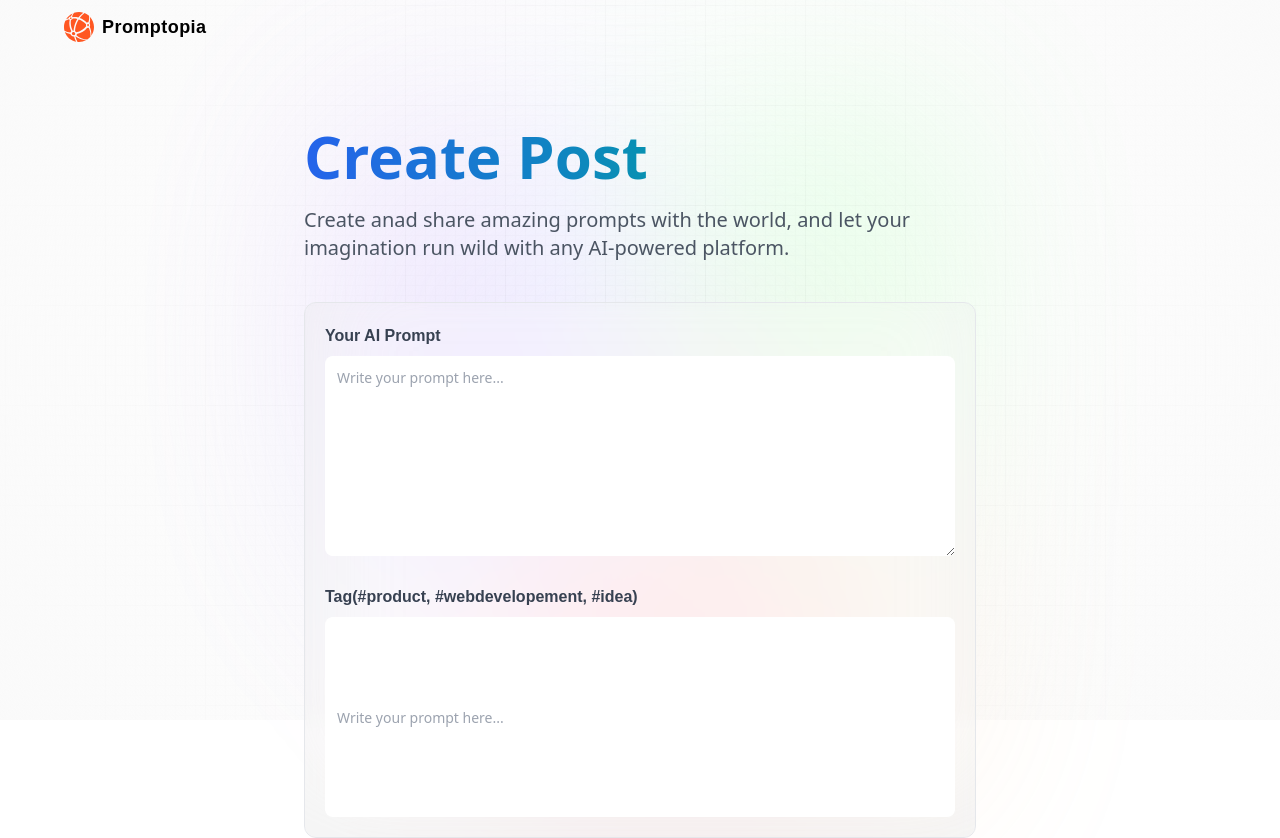
Repository: shraddesh123/promptAI
Page: /create-prompt
An editor plug-in stored every save of this project. The page is shown before and after the next save, followed by the edit.
The browser window is 1280 px wide. The pictures show the whole page.
The page's requests for data from a server got no answer. The project was rebuilt for these pictures with package versions that can differ from the ones it lists, and the page was loaded fresh each time. The framework's server and built-in components were replaced by stand-ins that run in the browser. No one was signed in, and anything a server would have sent is missing. Also part of the build but not shown: next.config.mjs.

Above is the page before, as saved 2024-08-02 18:43:59.

### app/layout.jsx

import "@styles/global.css";
import Nav from "@components/Nav";
import Provider from "@components/Provider";


export const metadata = {
    title: "Promptopia",
    description: "Discover & Share AI Prompts",
};
//we did not returning anything like other components
const RootLayout = ({ children }) => (
    <html lang='en'>
        <body>
            <Provider>
                <div className='main'>
                    <div className='gradient' />
                </div>
                <main className='app'>
                    <Nav />
                    {children}
                </main>
            </Provider>
        </body>
    </html>
);

export default RootLayout;

### app/create-prompt/page.jsx
"use client";
import { useState } from "react"
import { useSession } from "next-auth/react";
import { useRouter } from "next/router";

import Form from "@components/Form";


const CreatePrompt = () => {
    const [Submitting, setSubmitting] = useState(false);
    const [Post, setPost] = useState({
        prompt: '',
        tag: '',
    });
    const createPrompt = async (e) => {

    }
    return (
        <div>
            <Form
                type="Create"
                post={Post}
                setPost={setPost}
                Submitting={Submitting}
                handleSubmit={createPrompt}
            />
        </div>
    )
}

export default CreatePrompt

### styles/global.css
@import url("https://fonts.googleapis.com/css2?family=Inter:wght@100;200;300;400;500;600;700;800;900&display=swap");

@tailwind base;
@tailwind components;
@tailwind utilities;

/*
  Note: The styles for this gradient grid background is heavily inspired by the creator of this amazing site (https://dub.sh) – all credits go to them!
*/

.main {
  width: 100vw;
  min-height: 100vh;
  position: fixed;
  display: flex;
  justify-content: center;
  padding: 120px 24px 160px 24px;
  pointer-events: none;
}

.main:before {
  background: radial-gradient(circle, rgba(2, 0, 36, 0) 0, #fafafa 100%);
  position: absolute;
  content: "";
  z-index: 2;
  width: 100%;
  height: 100%;
  top: 0;
}

.main:after {
  content: "";
  background-image: url("/assets/images/grid.svg");
  z-index: 1;
  position: absolute;
  width: 100%;
  height: 100%;
  top: 0;
  opacity: 0.4;
  filter: invert(1);
}

.gradient {
  height: fit-content;
  z-index: 3;
  width: 100%;
  max-width: 640px;
  background-image: radial-gradient(
      at 27% 37%,
      hsla(215, 98%, 61%, 1) 0px,
      transparent 0%
    ),
    radial-gradient(at 97% 21%, hsla(125, 98%, 72%, 1) 0px, transparent 50%),
    radial-gradient(at 52% 99%, hsla(354, 98%, 61%, 1) 0px, transparent 50%),
    radial-gradient(at 10% 29%, hsla(256, 96%, 67%, 1) 0px, transparent 50%),
    radial-gradient(at 97% 96%, hsla(38, 60%, 74%, 1) 0px, transparent 50%),
    radial-gradient(at 33% 50%, hsla(222, 67%, 73%, 1) 0px, transparent 50%),
    radial-gradient(at 79% 53%, hsla(343, 68%, 79%, 1) 0px, transparent 50%);
  position: absolute;
  content: "";
  width: 100%;
  height: 100%;
  filter: blur(100px) saturate(150%);
  top: 80px;
  opacity: 0.15;
}

@media screen and (max-width: 640px) {
  .main {
    padding: 0;
  }
}

/* Tailwind Styles */

.app {
  @apply relative z-10 flex justify-center items-center flex-col max-w-7xl mx-auto sm:px-16 px-6;
}

.black_btn {
  @apply rounded-full border border-black bg-red-500 py-1.5 px-5 text-white transition-all hover:bg-white hover:text-black text-center text-sm font-inter flex items-center justify-center;
}

.outline_btn {
  @apply rounded-full border border-black bg-transparent py-1.5 px-5 text-black transition-all hover:bg-black hover:text-white text-center text-sm font-inter flex items-center justify-center;
}

.head_text {
  @apply mt-5 text-5xl font-extrabold leading-[1.15] text-black sm:text-6xl;
}

.orange_gradient {
  @apply bg-gradient-to-r from-amber-500 via-orange-600 to-yellow-500 bg-clip-text text-transparent;
}

.green_gradient {
  @apply bg-gradient-to-r from-green-400 to-green-500 bg-clip-text text-transparent;
}

.blue_gradient {
  @apply bg-gradient-to-r from-blue-600 to-cyan-600 bg-clip-text text-transparent;
}

.desc {
  @apply mt-5 text-lg text-gray-600 sm:text-xl max-w-2xl;
}

.search_input {
  @apply block w-full rounded-md border border-gray-200 bg-white py-2.5 font-satoshi pl-5 pr-12 text-sm shadow-lg font-medium focus:border-black focus:outline-none focus:ring-0;
}

.copy_btn {
  @apply w-7 h-7 rounded-full bg-white/10 shadow-[inset_10px_-50px_94px_0_rgb(199,199,199,0.2)] backdrop-blur flex justify-center items-center cursor-pointer;
}

.glassmorphism {
  @apply rounded-xl border border-gray-200 bg-white/20 shadow-[inset_10px_-50px_94px_0_rgb(199,199,199,0.2)] backdrop-blur p-5;
}

.prompt_layout {
  @apply space-y-6 py-8 sm:columns-2 sm:gap-6 xl:columns-3;
}

/* Feed Component */
.feed {
  @apply mt-16 mx-auto w-full max-w-xl flex justify-center items-center flex-col gap-2;
}

/* Form Component */
.form_textarea {
  @apply w-full flex rounded-lg h-[200px] mt-2 p-3 text-sm text-gray-500 outline-0;
}

.form_input {
  @apply w-full flex rounded-lg mt-2 p-3 text-sm text-gray-500 outline-0;
}

/* Nav Component */
.logo_text {
  @apply max-sm:hidden font-satoshi font-semibold text-lg text-black tracking-wide;
}

.dropdown {
  @apply absolute right-0 top-full mt-3 w-full p-5 rounded-lg bg-white min-w-[210px] flex flex-col gap-2 justify-end items-end;
}

.dropdown_link {
  @apply text-sm font-inter text-gray-700 hover:text-gray-500 font-medium;
}

/* PromptCard Component */
.prompt_card {
  @apply flex-1 break-inside-avoid rounded-lg border border-gray-300 bg-white/20 bg-clip-padding p-6 pb-4 backdrop-blur-lg backdrop-filter md:w-[360px] w-full h-fit;
}

.flex-center {
  @apply flex justify-center items-center;
}

.flex-start {
  @apply flex justify-start items-start;
}

.flex-end {
  @apply flex justify-end items-center;
}

.flex-between {
  @apply flex justify-between items-center;
}

### components/Nav.jsx
"use client";
import Link from "next/link"
import Image from "next/image"
import { useState, useEffect } from "react"
import { signIn, signOut, useSession, getProviders } from 'next-auth/react'


const Nav = () => {

    const { data: session } = useSession();
    const [providers, setProviders] = useState(null);
    const [toggleDropdown, setToggleDropdown] = useState(false);

    useEffect(() => {//functional component to fetch the available authentication providers from the next-auth library
        const setUpProviders = async () => {
            const res = await getProviders();//the getProviders function is called and the result is stored in the res variable.
            setProviders(res);
            // The setProviders function is then called with the res variable to update the providers state variable.
        }
        setUpProviders();
    }, []);


    return (
        <nav className="flex-between w-full mb-16 pt-3">
            <Link
                href="/"
                className="flex gap-2 flex-center">

                <Image
                    src="/assets/images/logo.svg"
                    width={30}
                    height={30}
                    className="object-contain"
                    alt="logo"
                />

                <p className="logo_text">Promptopia</p>

            </Link>
            {/*desktop navigation*/}
            <div className="sm:flex hidden">
                {session?.user ? (
                    <div className="flex gap-3 md:gap-5">
                        <Link
                            href="/create-prompt"
                            className="black_btn"
                        >
                            Create Post
                        </Link>
                        <button
                            type="button"
                            onClick={signOut}
                            className="outline_btn">
                            Sign Out
                        </button>
                        <Link href="/profile">
                            <Image
                                src={session?.user.image}
                                width={37}
                                height={37}
                                className="rounded-full"
                                alt="profile"
                            />
                        </Link>
                    </div>
                ) : (
                    <>
                        {providers &&
                            Object.values(providers).map((provider) => (
                                <button
                                    type='button'
                                    key={provider.name}
                                    onClick={() => {
                                        signIn(provider.id);
                                    }}
                                    className='black_btn'
                                >
                                    Sign In
                                </button>
                            ))}
                    </>
                )}
            </div>
            {/*mobile navigation*/}
            <div className="sm:hidden flex relative">
                {session?.user ? (
                    <div className="flex">
                        <Image
                            src={session?.user.image}
                            width={30}
                            height={30}
                            className="object-contain cursor-pointer"
                            alt="profile"
                            onClick={() => setToggleDropdown(!toggleDropdown)}//prev is a reference to the previous value of the toggleDropdown state variable.!prev expression is used to toggle the value of prev. If prev is true, !prev will be false, and vice versa.
                        />
                        {toggleDropdown && (
                            <div className="dropdown">
                                <Link
                                    href='/profile'
                                    className='dropdown_link'
                                    onClick={() => setToggleDropdown(false)}
                                >
                                    My Profile
                                </Link>
                                <Link
                                    href='/create-prompt'
                                    className='dropdown_link'
                                    onClick={() => setToggleDropdown(false)}
                                >
                                    Create Post
                                </Link>
                                <button
                                    type="button"
                                    onClick={() => {
                                        setToggleDropdown(false);
                                        signOut();
                                    }}
                                    className="mt-5 w-full black_btn"
                                >
                                    Sign Out
                                </button>
                            </div>
                        )}
                    </div>
                )
                    :
                    (
                        <>
                            {providers &&
                                Object.values(providers).map((provider) => (
                                    <button
                                        type='button'
                                        key={provider.name}
                                        onClick={() => {
                                            signIn(provider.id);
                                        }}
                                        className='black_btn'
                                    >
                                        Sign in
                                    </button>
                                ))}
                        </>
                    )}
            </div>
        </nav>
    )
}

export default Nav

### components/Provider.jsx
"use client";
import { SessionProvider } from 'next-auth/react'

const Provider = ({ children, session }) => {

  return (
    <SessionProvider session={session}>
      {children}
    </SessionProvider>
  )
}

export default Provider

### components/Form.jsx
import Link from "next/link"

const Form = ({ type, post, setPost, Submitting, handleSubmit }) => {
  return (
    <section className="w-full max-w-full flex-start flex-col">
      <h1 className="head_text text-left "> <span className="blue_gradient">{type} Post</span></h1>
      <p className="desc text-left max-w-md">
        {type} anad share amazing prompts with the world, and let your imagination run wild with any AI-powered platform.
      </p>
      <form
        onSubmit={handleSubmit}
        className="mt-10 w-full max-w-2xl flex flex-col gap-7 glassmorphism">
        <label>
          <span className="font-satoshi font-semibold text-base text-gray-700">Your AI Prompt</span>
          <textarea value={post.prompt} onChange={(e) => setPost({
            ...post,
            prompt: e.target.value
          })}
            placeholder="Write your prompt here..."
            className="form_textarea" />
        </label>
        <label>
          <span className="font-satoshi font-semibold text-base text-gray-700">Tag
            <span>(#product, #webdevelopement, #idea)</span>
          </span>
          <input value={post.tag} onChange={(e) => setPost({
            ...post,
            tag: e.target.value
          })}
            placeholder="Write your prompt here..."
            className="form_textarea" >
          </input>
        </label>
      </form>
    </section>
  )
}

export default Form

Loaded but not shown: tailwind.config.js (common file)

After the next save:
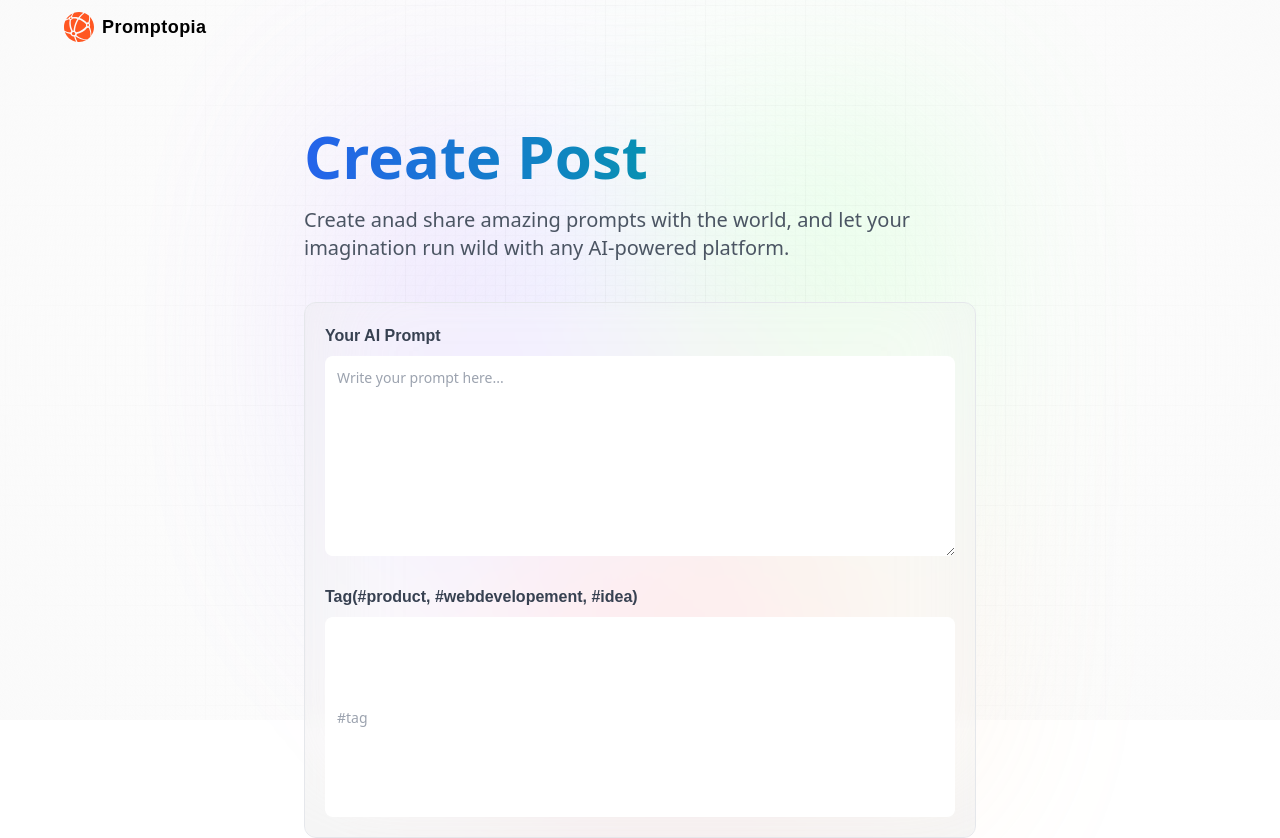
Saved 15 s later.
--- a/components/Form.jsx
+++ b/components/Form.jsx
@@ -27,7 +27,7 @@ const Form = ({ type, post, setPost, Submitting, handleSubmit }) => {
             ...post,
             tag: e.target.value
           })}
-            placeholder="Write your prompt here..."
+            placeholder="#tag"
             className="form_textarea" >
           </input>
         </label>
